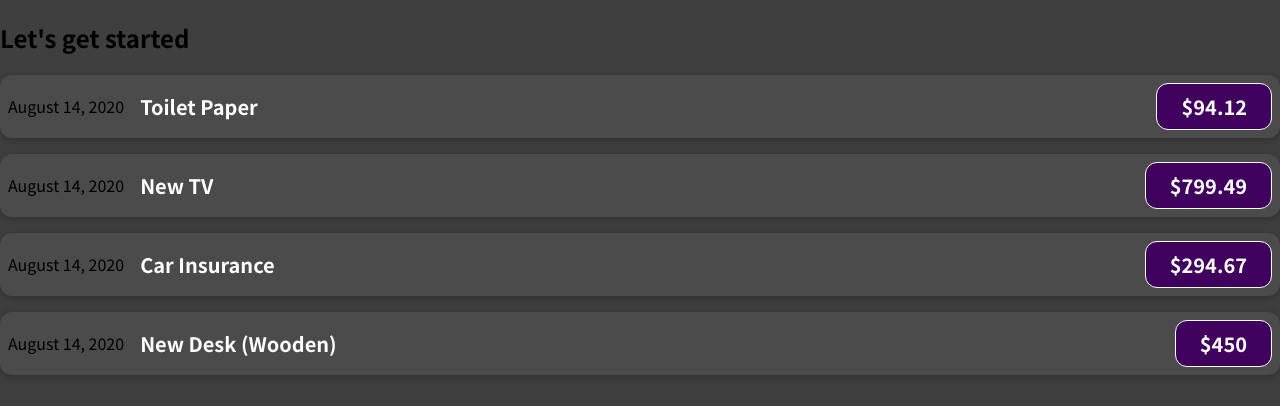
Repository: runner855/expense-tracker
Page: /
The author's editor kept a copy of each file at every save. The page is drawn from the files as they stood at one save, then again after the next save.
The browser window is 1280 px wide. The pictures show the whole page.
The project was rebuilt for these pictures with package versions that can differ from the ones it lists, and the page was loaded fresh each time.

Above is the page before, as saved 2022-09-02 14:58:48.

### src/index.js
import React from 'react';
import ReactDOM from 'react-dom/client';
import expenses from './data/expenses.json';
import './styles/index.css';
import App from './components/App';

const root = ReactDOM.createRoot(document.getElementById('root'));
root.render(
  <React.StrictMode>
    <App expenses={expenses.expenses} />
  </React.StrictMode>
);

### src/data/expenses.json
{
  "expenses": [
    {
      "id": "e1",
      "title": "Toilet Paper",
      "amount": 94.12,
      "date": 1597408017000
    },
    {
      "id": "e2",
      "title": "New TV",
      "amount": 799.49,
      "date": 1597408017000
    },
    {
      "id": "e3",
      "title": "Car Insurance",
      "amount": 294.67,
      "date": 1597408017000
    },
    {
      "id": "e4",
      "title": "New Desk (Wooden)",
      "amount": 450,
      "date": 1597408017000
    }
  ]
}

### src/components/App.js
import React from 'react';
import ExpenseItem from '../components/ExpenseItem';


const App = (props) => {
  console.log(props)





  return (
    <div className="App">
      <h2>Let's get started</h2>
      <ExpenseItem date={props.expenses[0].date} title={props.expenses[0].title} amount={props.expenses[0].amount} />
      <ExpenseItem date={props.expenses[1].date} title={props.expenses[1].title} amount={props.expenses[1].amount} />
      <ExpenseItem date={props.expenses[2].date} title={props.expenses[2].title} amount={props.expenses[2].amount} />
      <ExpenseItem date={props.expenses[3].date} title={props.expenses[3].title} amount={props.expenses[3].amount} />






    </div>
  );
}

export default App;

### src/components/ExpenseItem.js
import React from 'react';
import '../styles/ExpenseItem.css'
import moment from 'moment';


const ExpenseItem = (props) => {

  const { date, title, amount } = props;
  const myDate = moment(date).format(" LL ")
  console.log(myDate)


  return (
    <div className='expense-item'>
      <div className='expense-item__date'>
        {myDate}
      </div>
      <div className='expense-item__description'>
        <h2>{`${title}`}</h2>
        <div className='expense-item__price'>
          ${`${amount}`}
        </div>
      </div>
    </div>)
}

export default ExpenseItem;

### src/styles/ExpenseItem.css
.expense-item {
  display: flex;
  justify-content: space-between;
  align-items: center;
  box-shadow: 0 2px 8px rgba(0, 0, 0, 0.25);
  padding: 0.5rem;
  margin: 1rem 0;
  border-radius: 12px;
  background-color: #4b4b4b;
}

.expense-item__description {
  display: flex;
  flex-direction: column;
  gap: 1rem;
  align-items: flex-end;
  flex-flow: column-reverse;
  justify-content: flex-start;
  flex: 1;
}

.expense-item h2 {
  color: #3a3a3a;
  font-size: 1rem;
  flex: 1;
  margin: 0 1rem;
  color: white;
}

.expense-item__price {
  font-size: 1rem;
  font-weight: bold;
  color: white;
  background-color: #40005d;
  border: 1px solid white;
  padding: 0.5rem;
  border-radius: 12px;
}

@media (min-width: 580px) {
  .expense-item__description {
    flex-direction: row;
    align-items: center;
    justify-content: flex-start;
    flex: 1;
  }

  .expense-item__description h2 {
    font-size: 1.25rem;
  }

  .expense-item__price {
    font-size: 1.25rem;
    padding: 0.5rem 1.5rem;
  }
}

Loaded but not shown: public/index.html (common file); src/styles/index.css (common file)

After the next save:
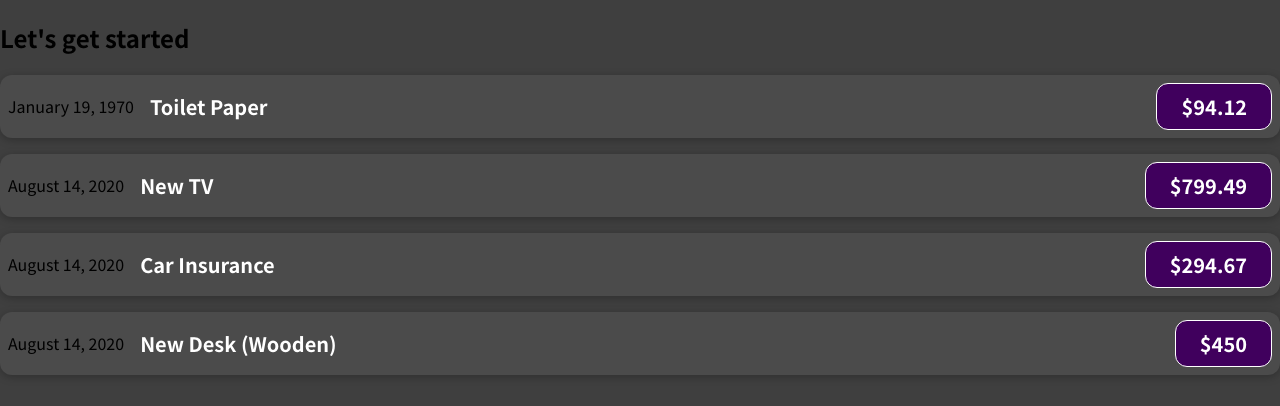
Saved 2 min 36 s later.
--- a/src/data/expenses.json
+++ b/src/data/expenses.json
@@ -4,7 +4,7 @@
       "id": "e1",
       "title": "Toilet Paper",
       "amount": 94.12,
-      "date": 1597408017000
+      "date": 1584016017
     },
     {
       "id": "e2",
